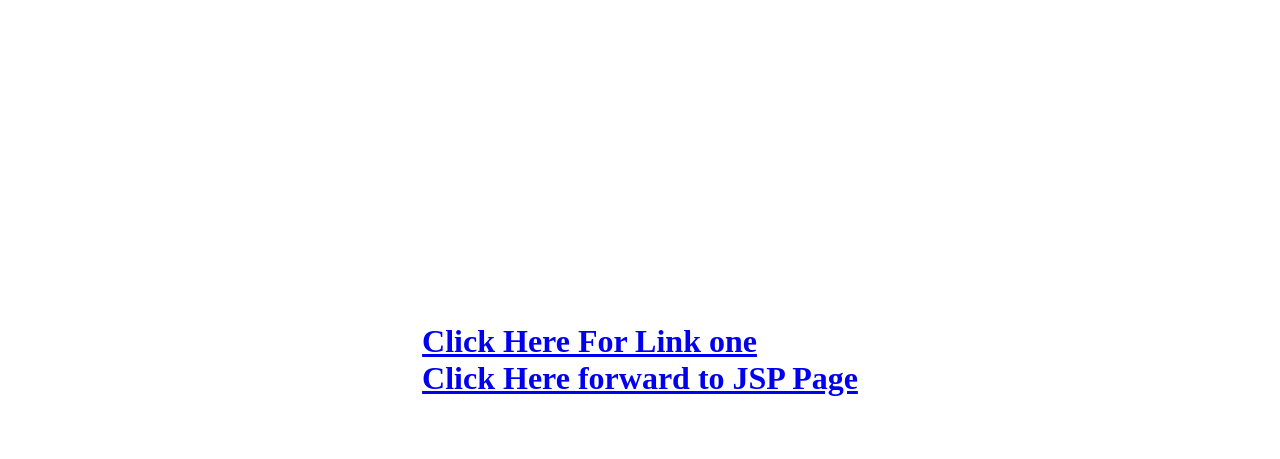
Repository: deeptimahisare1206/Spring_MVC
Page: http://localhost/Spring_MVC_1/
The author's editor kept a copy of each file at every save. The page is drawn from the files as they stood at one save, then again after the next save.
The browser window is 1280 px wide. The pictures show the whole page.
The page is served by Tomcat 9.

Above is the page before, as saved 2024-11-26 11:43:53.

After the next save:
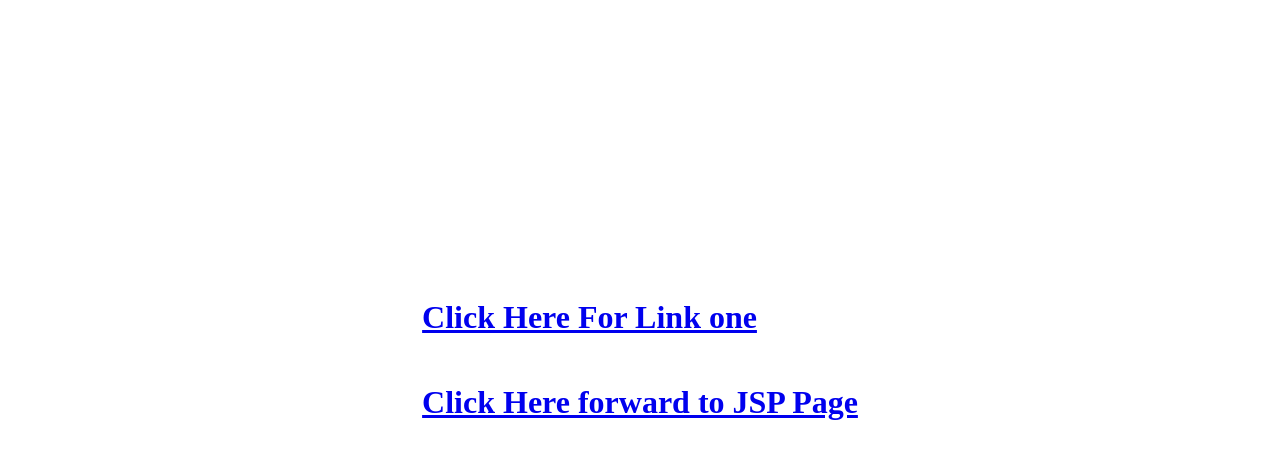
Saved 40 s later.
--- a/Spring_MVC_1/src/main/webapp/index.jsp
+++ b/Spring_MVC_1/src/main/webapp/index.jsp
@@ -12,6 +12,7 @@
 h1{
 	display: flex;
 	flex-direction: column;
+	gap:3rem;
 }
 
 </style>

After the save that followed:
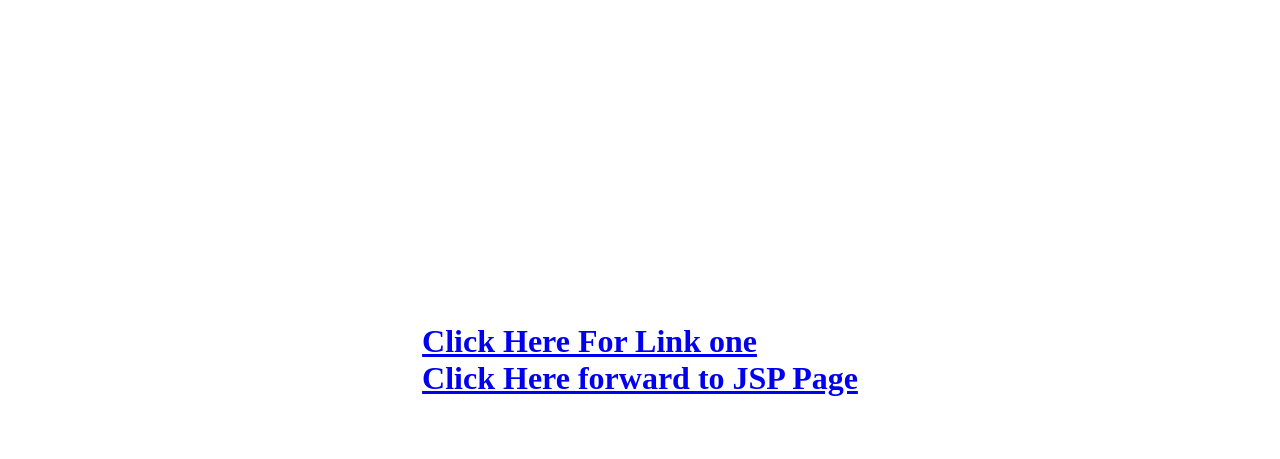
Saved 35 s later.
--- a/Spring_MVC_1/src/main/webapp/index.jsp
+++ b/Spring_MVC_1/src/main/webapp/index.jsp
@@ -12,7 +12,6 @@
 h1{
 	display: flex;
 	flex-direction: column;
-	gap:3rem;
 }
 
 </style>
